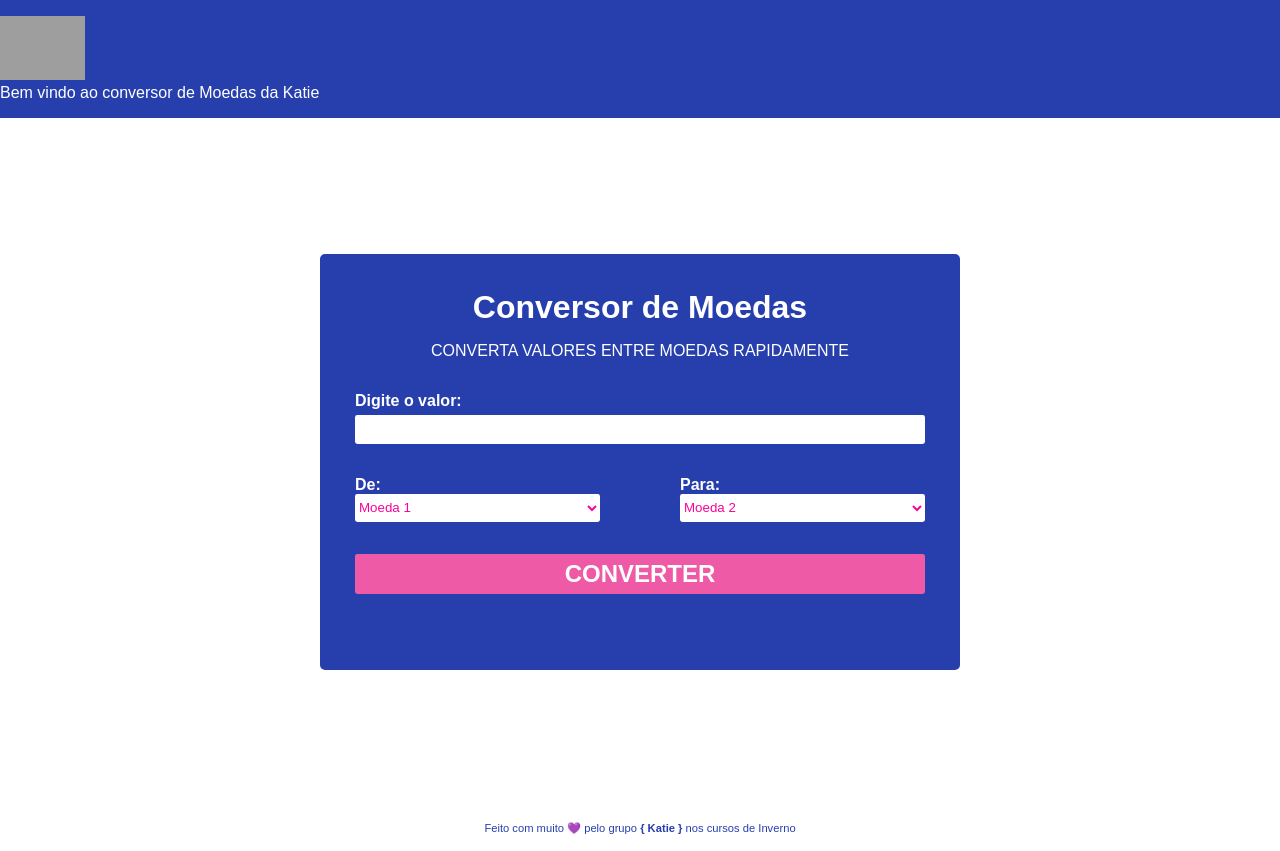
Repository: willamesalmeida/Conversor-de-Moedas
Page: index.html
The author's editor kept a copy of each file at every save. The page is drawn from the files as they stood at one save, then again after the next save.
The browser window is 1280 px wide. The pictures show the whole page.
Pictures or frames that could not be fetched are drawn as grey boxes.

Above is the page before, as saved 2022-08-07 14:04:59.

### index.html
<!DOCTYPE html>
<html lang="pt-br">
<head>
    <meta charset="UTF-8" />
    <meta name="viewport" content="width=device-width, initial-scale=1.0">
    <link rel="stylesheet" href="./global.css">
    <link rel="stylesheet" href="./styles.css">
    <title>Conversor de moedas KATIE</title>
</head>
<body>
    <script src="script.js"></script>

    <header class="cabecalho">
        <img class="gif-katie" src="https://ic.ufal.br/extensao/katie/resources/logoanim.gif"/>
        <p>Bem vindo ao conversor de Moedas da Katie</p>
    </header>
    <main class="container">
        <section class="card">
            <header>
                <h2 class="titulo">Conversor de Moedas</h2>
                CONVERTA VALORES ENTRE MOEDAS RAPIDAMENTE
            </header>

            <section class="valor">
                <label>Digite o valor:</label>
                <input type="number" id="valor_inicial">
            </section>

            <section class="conversao">
                <div  class="converter-de">
                    <label>De:</label>
                    <select name="moedasde" id="moedasde">
                        <option value="de">Moeda 1</option>
                        <option value="USD">Dolar</option>
                        <option value="BRL">Real</option>
                        <option value="EUR">Euro</option>
                      </select>
                </div>

                <div class="converter-para">
                    <label>Para:</label>
                    <select name="moedaspara" id="moedaspara">
                        <option value="para">Moeda 2</option>
                        <option value="USD">Dolar</option>
                        <option value="BRL">Real</option>
                        <option value="EUR">Euro</option>
                      </select>
                </div>

            </section>
            <button type="submit" onclick="Converter()">CONVERTER</button>

            <span id="resultado" class="resultado"></span>

        </section>

    </main>

    <footer>
        Feito com muito &#128156 pelo grupo <strong>{ Katie }</strong> nos cursos de Inverno
    </footer>


</body>
</html>

### global.css
@import url('https://fonts.googleapis.com/css2?family=Roboto+Flex:opsz,wght@8..144,400;8..144,500&family=Roboto:ital,wght@0,100;0,300;0,400;0,500;0,700;0,900;1,100;1,300;1,400;1,500;1,700;1,900&display=swap');
:root {
  --rosa-katie: #f8049c;
  --amarelo-katie: #fdd54f;
  --cinza-katie: #1f1f24;
  --rosa-claro: #EF5AA7;
  --branco:  #ffffff;
  --blue: #273fad;
}

* {
  margin: 0;
  padding: 0;
  box-sizing: border-box;
}

body {
  font-family: 'Roboto ', sans-serif;
  font-family: 'Roboto Flex ', sans-serif;
  color: #ffffff;
}

### styles.css
.cabecalho {
  background: var(--blue);
  padding: 1rem 0;
}

.gif-katie {
  height: 4rem;
}

.container {
  padding: 2.5rem 1rem;
}

.card {
  background: var(--blue);
  width: 40rem;
  height: 26rem;
  border: 3px solid var(--blue);
  border-radius: 5px;
  padding: 2rem;
  margin: 6rem auto;
}

header h2 {
  font-size: 2rem;
}

.titulo {
  margin-bottom: 1rem;
}

.card header {
  text-align: center;
}

.valor {
  margin: 2rem 0;
  display: flex;
  flex-direction: column;
}

label {
  font-size: 1rem;
  font-weight: bold;
  margin-bottom: 0.3rem;
}

input,
select {
  border: none;
  border-radius: 0.15rem;
  height: 1.8rem;
  width: 100%;
  background: var(--branco);
  color: var(--rosa-katie)
}

input {
    padding: 0.8rem;
}

.conversao {
    width: 100%;
    margin: 2rem 0;
    display: flex;
    flex-direction: row;
  }

.converter-de,
.converter-para {
  width: 100%;
}

.converter-de {
  margin-right: 2.5rem;
}

.converter-para {
  margin-left: 2.5rem;
}

button {
  background: var(--rosa-claro);
  border: none;
  border-radius: 0.15rem;
  width: 100%;
  height: 2.5rem;
  cursor: pointer;
  color: var(--branco);
  font-weight: bold;
  font-size: 1.5rem;
  transition: 0.5s;
  margin-bottom: 1rem;
}

#resultado {
    font-weight: bold;
    color: var(--amarelo-katie);
    font-size: 1.5rem;
    text-align: center;
}

button:hover {
  filter: brightness(0.8);
}

footer {
    margin: 1rem 0;
    color: var(--blue);
    font-size: 0.70rem;
    text-align: center;
}

### script.js
function Converter() {
  let input = parseFloat(document.getElementById("valor_inicial").value);
  let output = document.getElementById("resultado");
  let de = document.getElementById("moedasde");
  let para = document.getElementById("moedaspara");

  console.log(de.value);

  //Reais
  if (de.value == "BRL" && para.value != "Moeda 2") {
    let valorEmReais = input;
    let valor;
    if (para.value == "BRL") {
      valor = "O valor em reais é: R$" + valorEmReais.toFixed(2);
    } else if (para.value == "EUR") {
      valor = "O valor em euros é: €" + (valorEmReais * 0.1885).toFixed(2);
    } else if (para.value == "USD") {
      valor = "O valor em dólar é: $" + (valorEmReais * 0.1917).toFixed(2);
    }
    output.innerHTML = valor;
  } else if (de.value == "EUR" && para.value != "Moeda 2") {
    let valorEmEuros = input;
    let valor;

    if (para.value == "EUR") {
      valor = "O valor em euros é: €" + valorEmEuros.toFixed(2);
    } else if (para.value == "USD") {
      valor = "O valor em dólar é: $" + (valorEmEuros * 1.0167).toFixed(2);
    } else if (para.value == "BRL") {
      valor = "O valor em reais é: R$" + (valorEmEuros * 5.303).toFixed(2);
    }
    output.innerHTML = valor;
  } else if (de.value == "USD" && para.value != "Moeda 2") {
    console.log("entrou no else is do dolar");
    let valorEmDolar = input;
    let valor;

    if (para.value == "USD") {
      valor = "O valor em dólar é: $" + valorEmDolar.toFixed(2);
    } else if (para.value == "BRL") {
      valor = "O valor em dólar é: R$" + (valorEmDolar * 5.2159).toFixed(2);
    } else if (para.value == "EUR") {
      valor = "O valor em dólar é: €" + (valorEmDolar * 0.9832).toFixed(2);
    }
    output.innerHTML = valor;
  } else {
    output.innerHTML = "";
  }
}

After the next save:
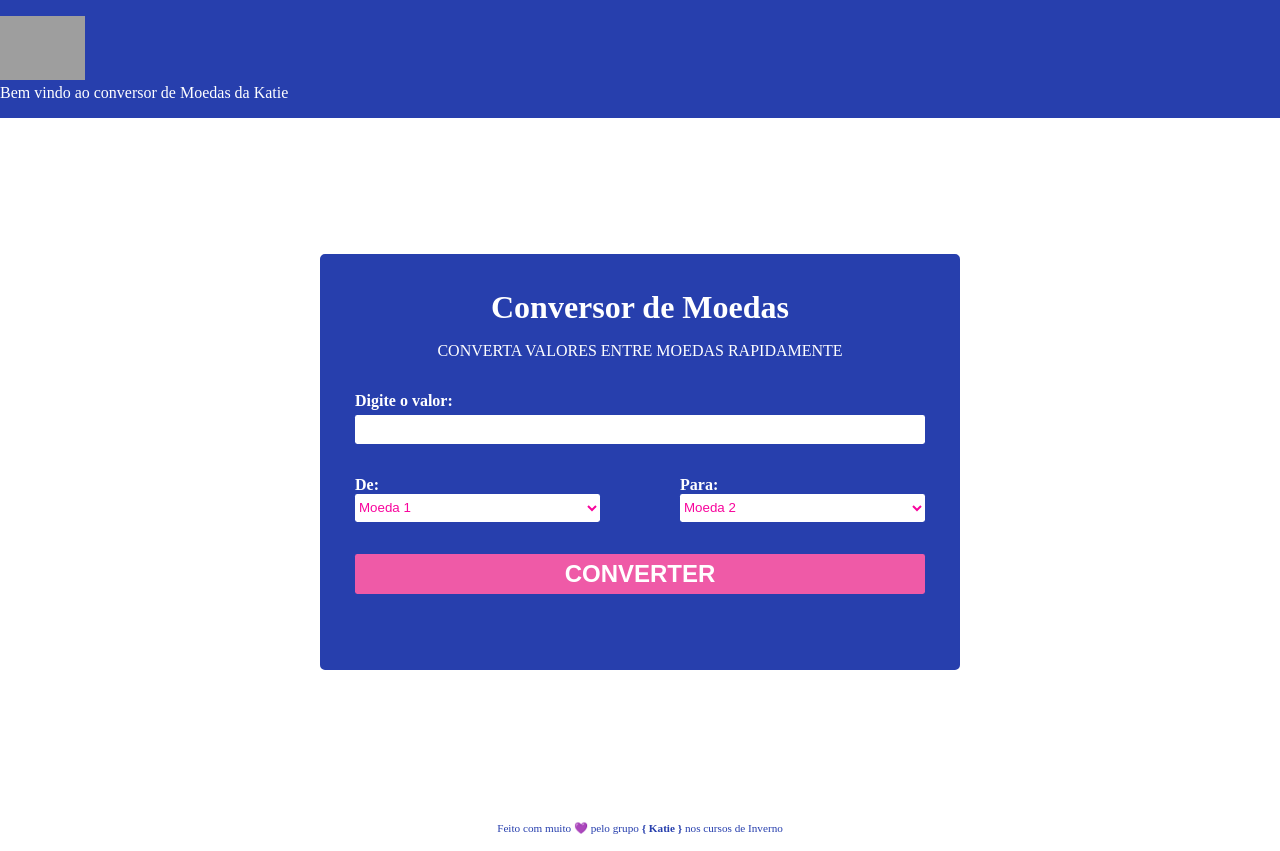
Saved 58 s later.
--- a/global.css
+++ b/global.css
@@ -15,7 +15,7 @@
 }
 
 body {
-  font-family: 'Roboto ', sans-serif;
-  font-family: 'Roboto Flex ', sans-serif;
+  /* font-family: 'Roboto ', sans-serif;
+  font-family: 'Roboto Flex ', sans-serif; */
   color: #ffffff;
 }

After the save that followed:
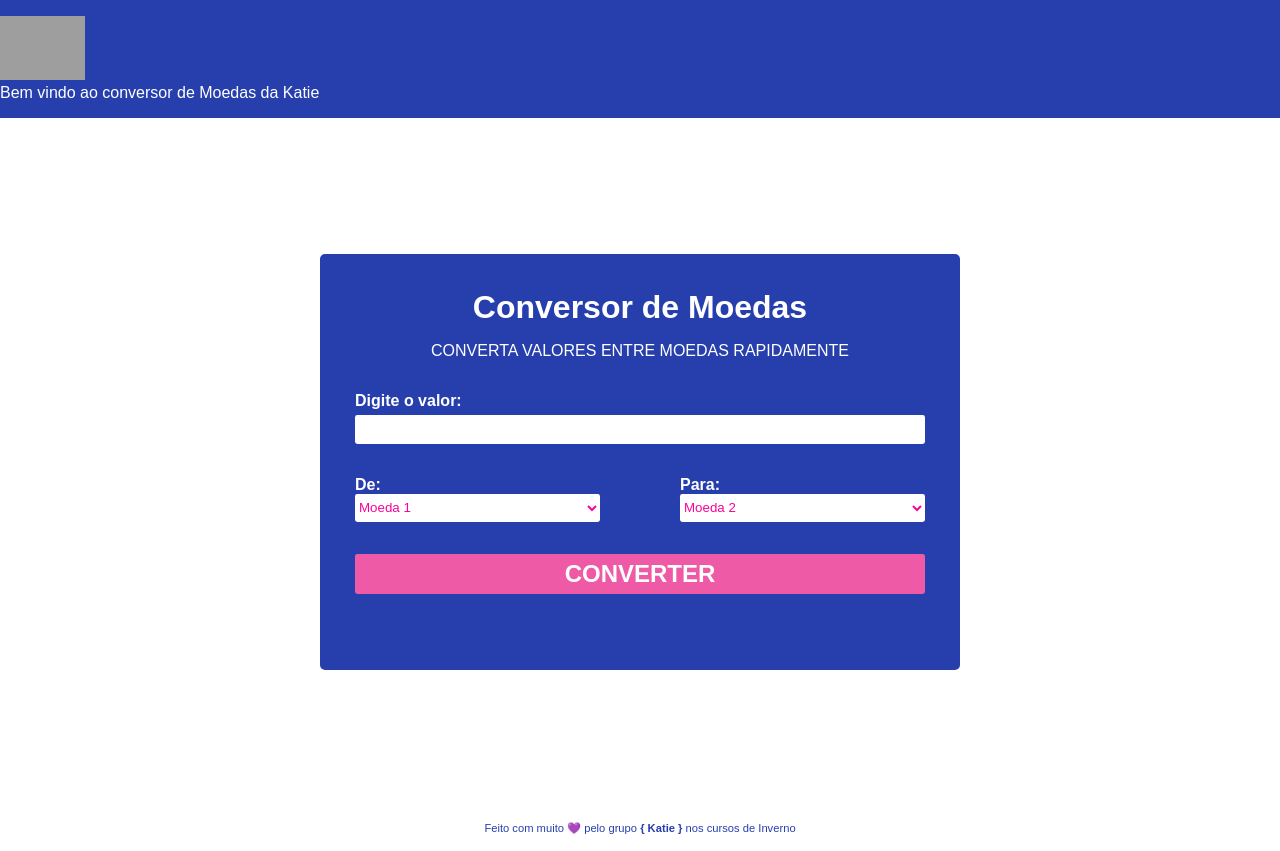
Saved 10 s later.
--- a/global.css
+++ b/global.css
@@ -15,7 +15,7 @@
 }
 
 body {
-  /* font-family: 'Roboto ', sans-serif;
-  font-family: 'Roboto Flex ', sans-serif; */
+  font-family: 'Roboto ', sans-serif;
+  font-family: 'Roboto Flex ', sans-serif;
   color: #ffffff;
 }
